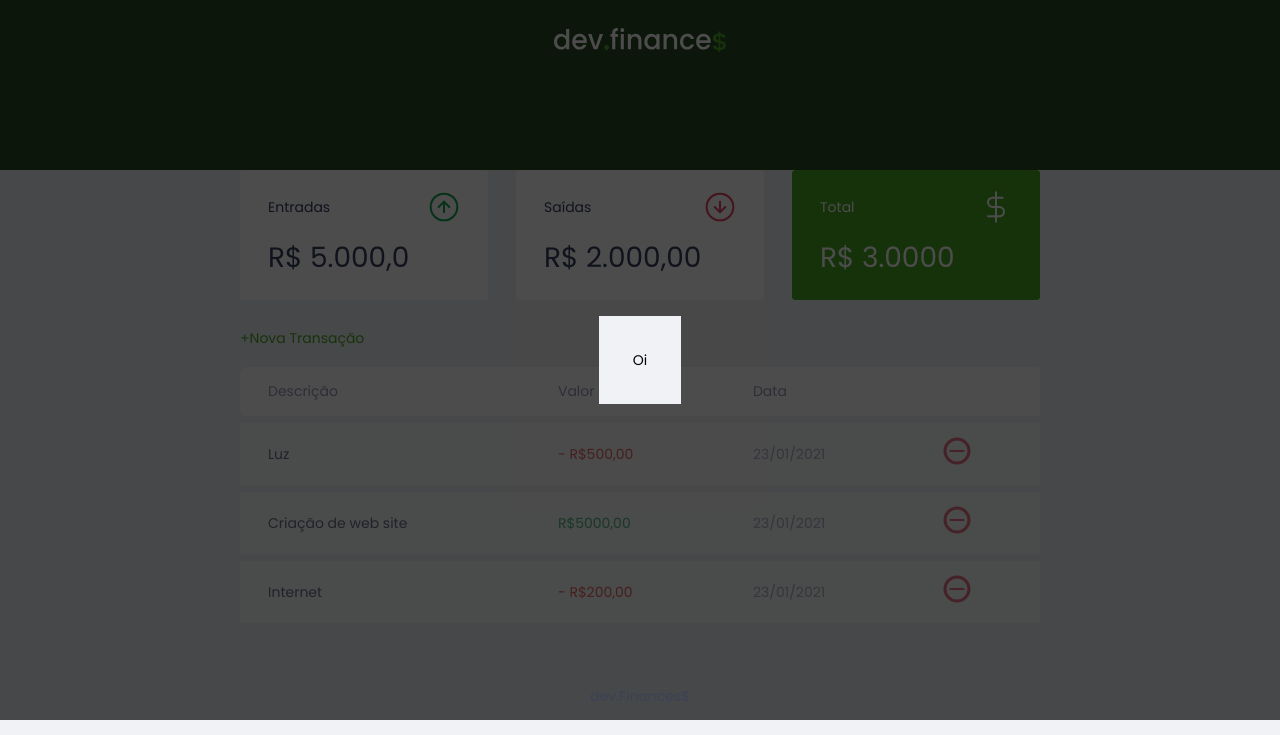
Repository: rafaelmgr12/maratona-dev01
Page: index.html
These files come from the project's save history. The page is drawn as it stood at one moment and after the next save; the edit follows.
The browser window is 1280 px wide. The pictures show the whole page.

Above is the page before, as saved 2021-04-28 11:20:51.

### index.html
<!DOCTYPE html>
<html lang="pt-br">
  <head>
    <meta charset="UTF-8" />
    <meta http-equiv="X-UA-Compatible" content="IE=edge" />
    <meta name="viewport" content="width=device-width, initial-scale=1.0" />
    <title>Rafael-app.finance$</title>
    <link rel="stylesheet" href="style.css" />
    <link rel="preconnect" href="https://fonts.gstatic.com" />
    <link
      href="https://fonts.googleapis.com/css2?family=Poppins:ital,wght@0,100;0,400;0,700;1,100;1,400;1,700&display=swap"
      rel="stylesheet"
    />
  </head>
  <body>
    <header>
      <img src="./assets/logo.svg" alt="Logo dev.Finance" />
    </header>
    <main class="container">
      <section id="balance">
        <h2 class="sr-only">Balanço</h2>

        <div class="card">
          <h3>
            <span>Entradas </span>
            <img src="./assets/income.svg" alt="Imagem de entradas" />
          </h3>
          <p>R$ 5.000,0</p>
        </div>
        <div class="card">
          <h3>
            <span>Saídas</span>
            <img src="./assets/expense.svg" alt="Image de saídas" />
          </h3>
          <p>R$ 2.000,00</p>
        </div>
        <div class="card total">
          <h3>
            <span>Total</span>
            <img src="./assets/total.svg" alt="Image de total" />
          </h3>
          <p>R$ 3.0000</p>
        </div>
      </section>
      <section id="transaction">
        <h2 class="sr-only">Transações</h2>

        <a href="#" class="button new">+Nova Transação</a>

        <table id="data-table">
          <thead>
            <tr>
              <th>Descrição</th>
              <th>Valor</th>
              <th>Data</th>
              <th></th>
            </tr>
          </thead>
          <tbody>
            <tr>
              <td class="description">Luz</td>
              <td class="expense">- R$500,00</td>
              <td class="date">23/01/2021</td>
              <td><img src="./assets/minus.svg" alt="Retirar Transação"></td>

            </tr>
            <tr>
              <td class="description">Criação de web site</td>
              <td class="income">R$5000,00</td>
              <td class="date">23/01/2021</td>
              <td><img src="./assets/minus.svg" alt="Retirar Transação"></td>
            </tr>
            <tr>
              <td class="description">Internet</td>
              <td class="expense">- R$200,00</td>
              <td class="date">23/01/2021</td>
              <td><img src="./assets/minus.svg" alt="Retirar Transação"></td>

            </tr>
          </tbody>
        </table>
      </section>
    </main>
    <div class="modal-overlay active">
      <div class="modal">

          Oi

      </div>
    </div>
    <footer>dev.Finances$</footer>
  </body>
</html>

### style.css
/* Global ======================================== */
:root {
  --dark-blue: #363f5f;
}
* {
  margin: 0;
  padding: 0;
  box-sizing: border-box;
}

html{
  font-size: 93.75%; /* 15px */
}

body {
  background: #f0f2f5;
  font-family: "Poppins", sans-serif;
}
/*Tricks para sumir elementos da tela, mantendo a funcionalidade de um screenreader*/
.sr-only{
  position: absolute;
  width: 1px;
  height: 1px;
  padding: 0;
  margin: -1px;
  overflow: hidden;
  clip: rect(0,0,0,0);
  white-space: nowrap;
  border-width: 0;

}
.container {
  width: min(90vw, 800px);
  margin: auto;
}
/* Titles ======================================== */
h2 {
  margin-top: 3.2rem;
  margin-bottom: 0.8rem;
  color: var(--dark-blue);

  font-weight: normal;
}
/* Links and Buttons ======================================== */
a{
  color: #49aa26;
  text-decoration: none;
}

a:hover {
  color: #3dd705;
}

.button.new{
  display: inline-block;
  margin-bottom: .8rem;

}


/* Header ======================================== */
header {
  background: #2d4a22;
  padding: 2rem 0 8rem;
  text-align: center;
}

#logo {
  color: #fff;
  font-weight: 100;
}

/* Balance ======================================== */
balance {
  margin-top: -8rem;
}

balance h2 {
  color: white;
  margin-top: 0;
}

/* Cards ======================================== */

.card {
  background : white;
  padding: 1.5rem 2rem;
  border-radius: 0.25rem;

  margin-bottom: 2rem;

  color: var(--dark-blue);
}

.card h3 {
  font-weight: normal;
  font-size: 1rem;
  display : flex;
  align-items: center;
  justify-content: space-between;
}

.card p {
  font-size: 2rem;
  line-height: 3rem;

  margin-top: 1rem;
}

.card.total {
  background: #49aa26;
  color: white;
}
/* Table  ======================================== */
#transaction {
  display: block;
  width: 100%;
  overflow-x: auto;
}
#data-table {

  width: 100%;
  border-spacing: 0 0.5rem;
  color: #969cb3;

  overflow-x: auto; /*Para lidar com transbordamento do container*/
}
table thead tr th:first-child,
table thead tr td:first-child
{
  border-radius: 0.5rem 0 0 0.5rem;
}

table thead tr th:last-child,
table thead tr td:last-child {
  border-radius: 0 0.25rem 0.25rem 0 ;

}

table thead th {
  background: white;

  font-weight: normal;
  padding: 1rem 2rem;
  text-align: left;
}
table tbody tr {
  opacity: 0.7;
}
table tr:hover {
  opacity: 1;
}
table tbody td {
  background: white;
  padding: 1rem 2rem;
}

td.description {
  color: var(--dark-blue);
}

td.income {
  color: #12a454;
}
td.expense {
    color : #e92929;
}
/* Modal ======================================== */
.modal-overlay{
  width: 100%;
  height: 100%;

  background-color: rgb(0,0,0,0.7);
  position: fixed;
  top: 0;

  display:flex;
  align-items: center;
  justify-content: center;

  opacity: 0;
  visibility: hidden
}
.modal-overlay.active {
  opacity: 1;
  visibility : visible;
}
.modal{
  background : #f0f2f5;
  padding : 2.4rem;
  position: relative;
}


/* footer ======================================== */
footer {
  text-align: center;
  padding : 4rem 0 2rem;
  color: var(--dark-blue);

  opacity : 0.6;
}
/* Responsive ======================================== */

@media(min-width: 800px){
  html{
    font-size: 87.5%;

  }
  #balance{
    display: grid;
    grid-template-columns: repeat(3,1fr);
    gap: 2rem;

  }
}

After the next save:
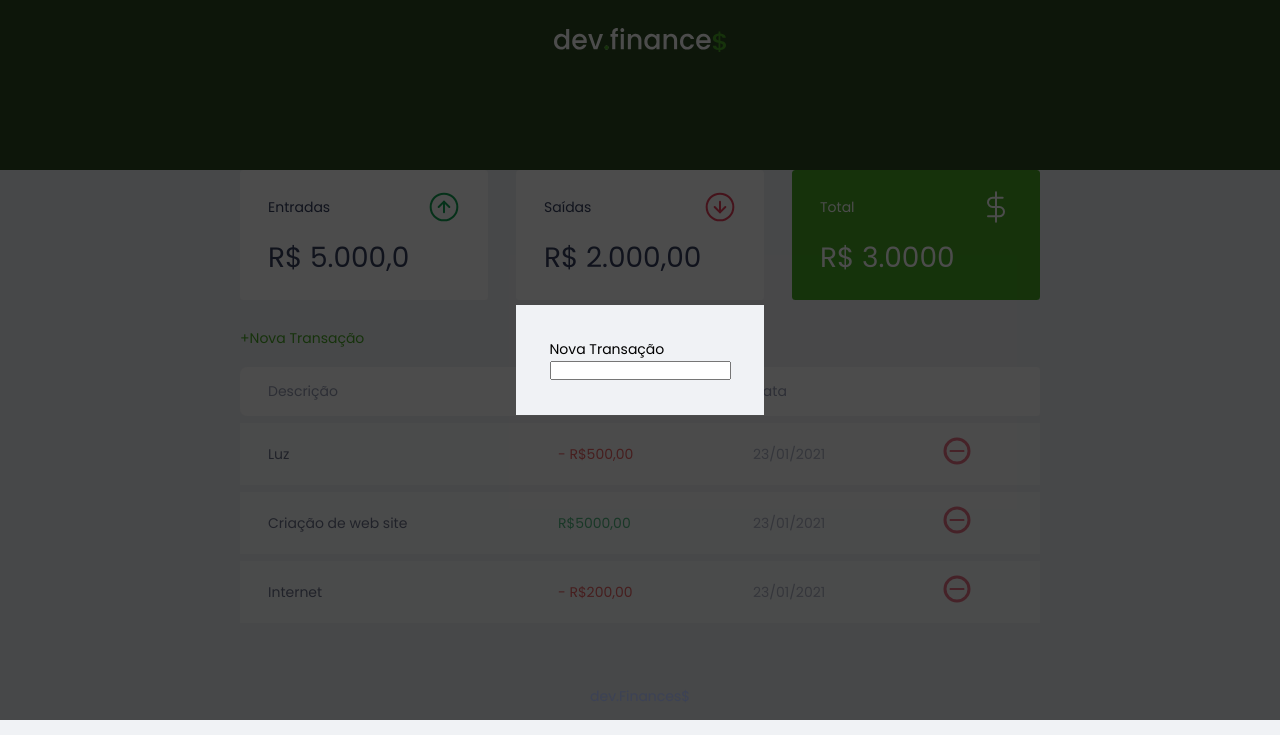
Saved 4 min 3 s later.
--- a/index.html
+++ b/index.html
@@ -61,31 +61,34 @@
               <td class="description">Luz</td>
               <td class="expense">- R$500,00</td>
               <td class="date">23/01/2021</td>
-              <td><img src="./assets/minus.svg" alt="Retirar Transação"></td>
-
+              <td><img src="./assets/minus.svg" alt="Retirar Transação" /></td>
             </tr>
             <tr>
               <td class="description">Criação de web site</td>
               <td class="income">R$5000,00</td>
               <td class="date">23/01/2021</td>
-              <td><img src="./assets/minus.svg" alt="Retirar Transação"></td>
+              <td><img src="./assets/minus.svg" alt="Retirar Transação" /></td>
             </tr>
             <tr>
               <td class="description">Internet</td>
               <td class="expense">- R$200,00</td>
               <td class="date">23/01/2021</td>
-              <td><img src="./assets/minus.svg" alt="Retirar Transação"></td>
-
+              <td><img src="./assets/minus.svg" alt="Retirar Transação" /></td>
             </tr>
           </tbody>
         </table>
       </section>
     </main>
     <div class="modal-overlay active">
-      <div class="modal">
+      <div class="modal">Nova Transação
+        <form action="">
+          <div class="input-group">
+            <label for="">
+            </label>
+            <input type="text">
 
-          Oi
-
+          </div>
+        </form>
       </div>
     </div>
     <footer>dev.Finances$</footer>
